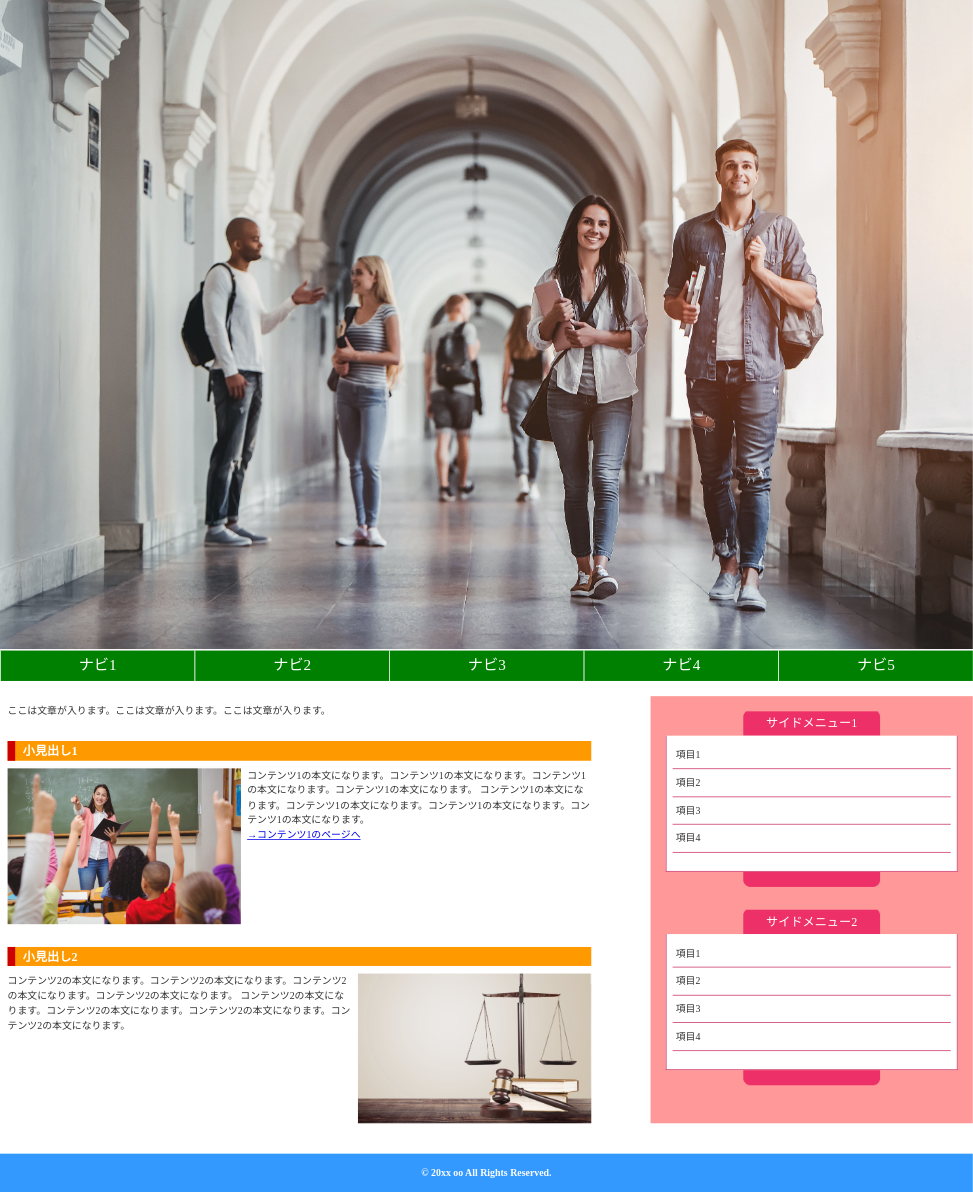
Repository: BenBen-san/Typing-Game
Page: 2nd Trial/home2.html
The author's editor kept a record of every edit. The page is drawn from the files as they stood at one moment, then again after the next edit.
The browser window is 1280 px wide. The pictures show the whole page, at 76% of full size.
The pointer rests on the first visible `#nav ul li a`.

Above is the page before.

After the next edit:
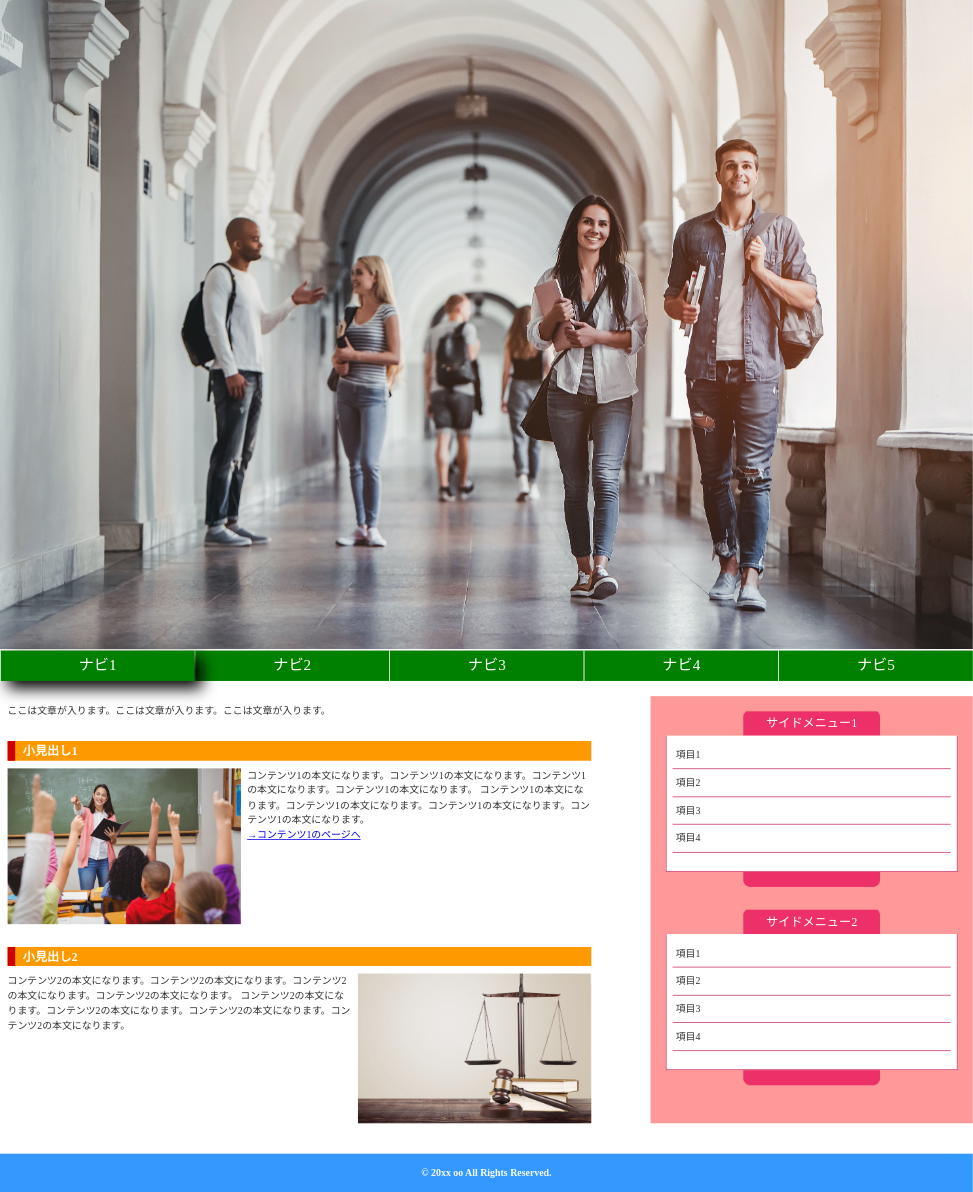
The edit:
--- a/2nd Trial/stylesheet2.css
+++ b/2nd Trial/stylesheet2.css
@@ -76,6 +76,10 @@
     text-decoration: none;
     background-color: green;
     border-left: 1px solid white;
+}
+
+#nav ul li a:hover {
+    filter: drop-shadow(10px 10px 10px black);
 }
 
 #navi ul li:first-child{
